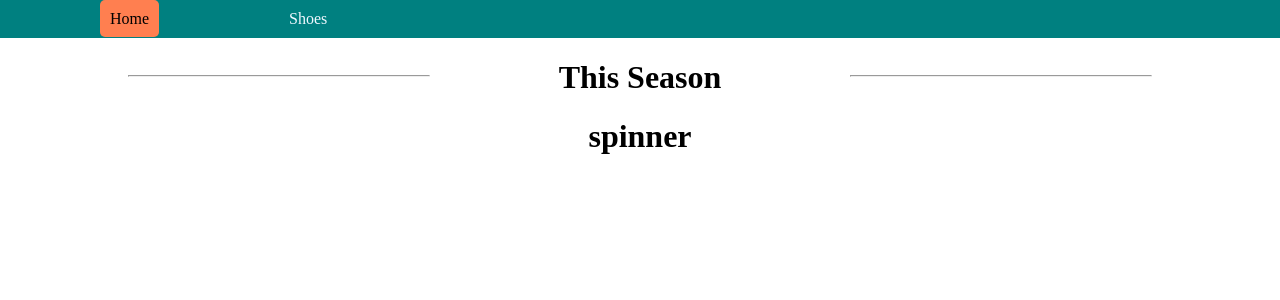
Repository: SalehK98/shop_app
Page: /
The author's editor kept a copy of each file at every save. The page is drawn from the files as they stood at one save, then again after the next save.
The browser window is 1280 px wide. The pictures show the whole page.
The page's requests for data from a server got no answer. The project was rebuilt for these pictures with package versions that can differ from the ones it lists, and the page was loaded fresh each time. No one was signed in, and anything a server would have sent is missing. Also part of the build but not shown: src/components/ShoeCard/ShoeCard.jsx, src/pages/Shoes/Shoes.jsx, src/pages/Shoe/Shoe.jsx, src/pages/Error/Error.jsx. Imported but missing from the stored project, and not drawn on this page: src/assets/video/preview.mp4.

Above is the page before, as saved 2023-02-28 11:18:08.

### src/index.css
body {
  margin: 0;
  padding: 0;
  box-sizing: border-box;

  font-family: cursive;
  /* font-family: -apple-system, BlinkMacSystemFont, "Segoe UI", "Roboto", "Oxygen",
    "Ubuntu", "Cantarell", "Fira Sans", "Droid Sans", "Helvetica Neue",
    sans-serif;
  -webkit-font-smoothing: antialiased;
  -moz-osx-font-smoothing: grayscale; */
}

code {
  font-family: source-code-pro, Menlo, Monaco, Consolas, "Courier New",
    monospace;
}

#root {
  margin: 0;
  padding: 0;
}

### src/App.js
import "./App.css";
import { createBrowserRouter, RouterProvider } from "react-router-dom";
import Home from "./pages/Home/Home";
import Shoes from "./pages/Shoes/Shoes";
import Shoe from "./pages/Shoe/Shoe";
import Error from "./pages/Error/Error";
import LayoutWrapper from "./components/LayoutWrapper/LayoutWrapper";

function App() {
  const router = createBrowserRouter([
    {
      path: "",
      element: <LayoutWrapper />,
      errorElement: <Error />,
      children: [
        {
          path: "/",
          element: <Home />,
        },
        {
          path: "shoes",
          element: <Shoes />,
        },
        {
          path: "shoes/:showId",
          element: <Shoe />,
        },
        {
          path: "addShoe",
          element: <Shoes />,
        },
      ],
    },
  ]);
  return (
    <div className="App">
      <RouterProvider router={router} />
    </div>
  );
}

export default App;

### src/App.css
.App {
  text-align: center;
  margin: 0;
  padding: 0;
}

### src/pages/Home/Home.jsx
import React, { useEffect, useRef, useState } from "react";
import preview from "../../assets/video/preview.mp4";
import ShoeCard from "../../components/ShoeCard/ShoeCard";
import fetchData from "../../utilities";

export default function Home() {
  const [data, setData] = useState(null);
  // const video = new VideoPlayer();

  const videoRef = useRef(null);

  const [playing, setPlaying] = useState(false);

  useEffect(() => {
    fetchData().then((res) => {
      setData(res);
      console.log("data", data);
    });
  }, []);

  return (
    <div>
      {/* <video
        onClick={() => {
          console.log("videoRef3", videoRef);
        }}
        onCanPlay={() => {
          console.log("videoRef", videoRef);
          console.log("playing", playing);
          setPlaying(true);
          console.log("videoRef", videoRef);
          console.log("playing", playing);
        }}
        onPlaying={() => {
          console.log("videoRef2", videoRef);
        }}
        // onClick={handleClick}
        // ref={videoRef}
        src={preview}
        autoPlay
        // loop
        // muted
        controls
        width="80%"
        // height="80vh"
        style={{
          boxSizing: "border-box",
          // marginTop: "70px",
          padding: "0",
          zIndex: "-2",
          // position: "relative",
        }}
      /> */}
      {/* {playVideo()} */}
      <h1 style={{ display: "flex" }}>
        <hr width="300px" style={{ height: "0" }} />
        This Season
        <hr width="300px" style={{ height: "0" }} />
      </h1>

      {data ? (
        data.map((el) => {
          return <h1>{el.name}</h1>;
        })
      ) : (
        <h1>spinner</h1>
      )}
      {/* <ShoeCard /> */}
    </div>
  );
}

### src/components/LayoutWrapper/LayoutWrapper.jsx
import React from "react";
import { Outlet } from "react-router";
import NavBar from "../NavBar/NavBar";

export default function LayoutWrapper() {
  return (
    <div>
      <NavBar />
      <Outlet />
    </div>
  );
}

### src/utilities.js
async function fetchData() {
  let data;
  await fetch("https://63fa279abeec322c57ee67b5.mockapi.io/shop/shoe")
    .then((res) => {
      if (!res.ok) {
        throw new Error("response was not ok");
      }
      return res.json();
    })
    .then((results) => {
      data = results;
    })
    .catch((err) => {
      console.log("Error", err);
    });
  console.log("here", data);
  return data;
}

export default fetchData;

### src/components/NavBar/NavBar.jsx
import React from "react";
import { NavLink } from "react-router-dom";
import "./NavBar.module.css";

export default function NavBar() {
  let activeStyle = {
    color: "black",
    backgroundColor: "coral",
    border: "transparent",
    borderRadius: "5px",
  };
  return (
    <nav>
      <ul>
        <li>
          <NavLink
            to="/"
            style={({ isActive }) => (isActive ? activeStyle : undefined)}
          >
            Home
          </NavLink>
        </li>
        <li>
          <NavLink
            to="/shoes"
            style={({ isActive }) => (isActive ? activeStyle : undefined)}
          >
            Shoes
          </NavLink>
        </li>
      </ul>
    </nav>
  );
}

### src/components/NavBar/NavBar.module.css
nav {
  background-color: teal;
}

ul {
  margin: 0;
  list-style: none;
  display: flex;
  position: sticky;
  top: 0;
  left: 0;
}

li {
  margin: 0 50px;
  padding: 10px;
}

ul li a {
  text-decoration: none;
  color: aliceblue;
  padding: 10px;
}

Loaded but not shown: public/index.html (common file); src/index.js (common file); src/reportWebVitals.js (common file)

After the next save:
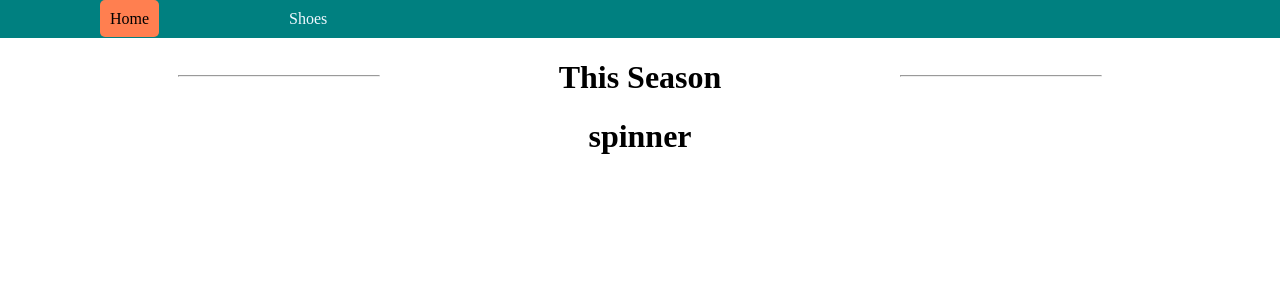
Saved 7 s later.
--- a/src/pages/Home/Home.jsx
+++ b/src/pages/Home/Home.jsx
@@ -53,9 +53,9 @@ export default function Home() {
       /> */}
       {/* {playVideo()} */}
       <h1 style={{ display: "flex" }}>
-        <hr width="300px" style={{ height: "0" }} />
+        <hr width="200px" style={{ height: "0" }} />
         This Season
-        <hr width="300px" style={{ height: "0" }} />
+        <hr width="200px" style={{ height: "0" }} />
       </h1>
 
       {data ? (
